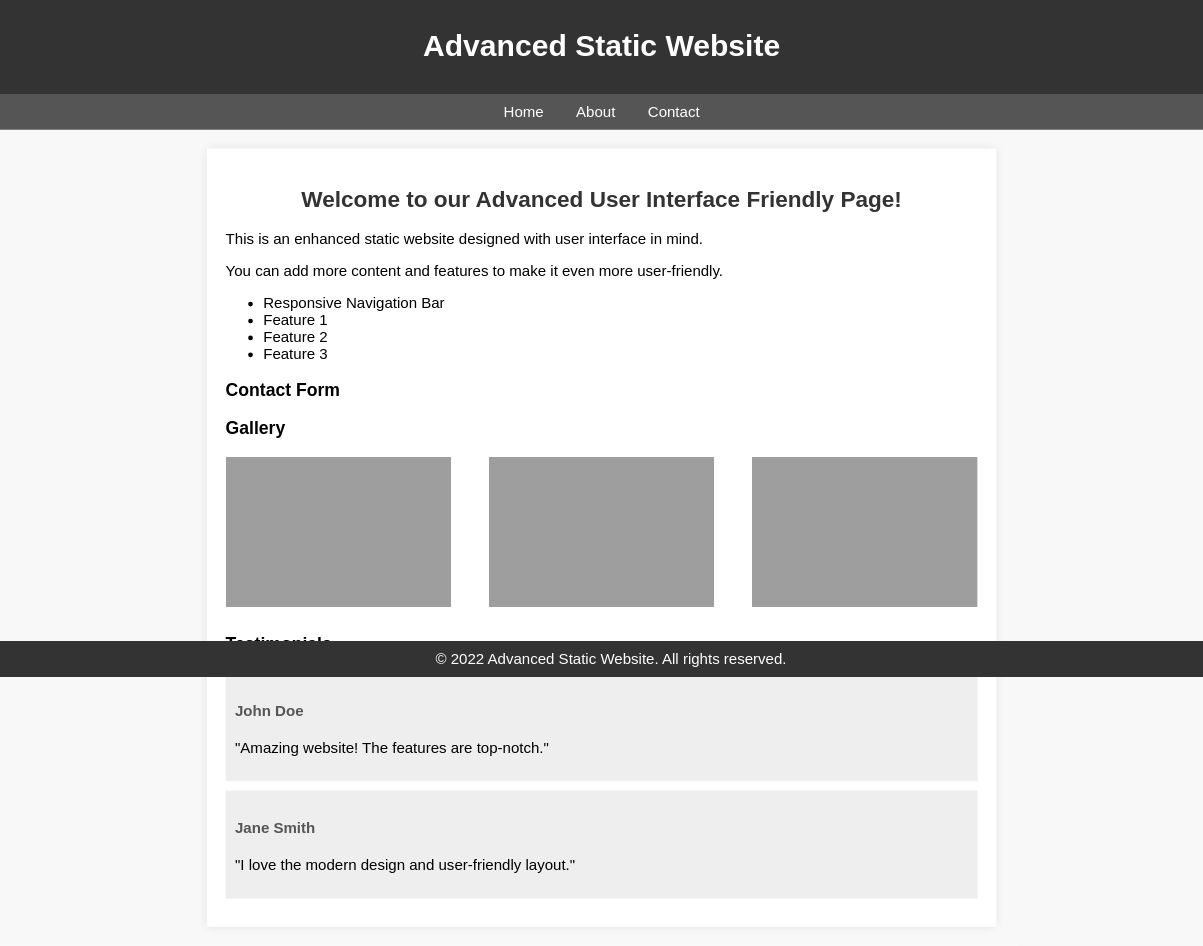
Repository: sahildhargave/static-web-go
Page: static-web/index.html
These files come from the project's save history. The page is drawn as it stood at one moment and after the next save; the edit follows.
The browser window is 1280 px wide. The pictures show the whole page, at 94% of full size.
Pictures or frames that could not be fetched are drawn as grey boxes.

Above is the page before, as saved 2024-02-17 03:15:45.

### static-web/index.html
<!DOCTYPE html>
<html lang="en">

<head>
    <meta charset="UTF-8">
    <meta name="viewport" content="width=device-width, initial-scale=1.0">
    <title>Advanced Static Website</title>
    <style>
        body {
            font-family: Arial, sans-serif;
            background-color: #f8f8f8;
            margin: 0;
            padding: 0;
            box-sizing: border-box;
        }

        header {
            background-color: #333;
            color: white;
            padding: 10px;
            text-align: center;
        }

        nav {
            background-color: #555;
            padding: 10px;
            text-align: center;
        }

        nav a {
            color: white;
            text-decoration: none;
            margin: 0 15px;
        }

        h2 {
            color: #333;
            text-align: center;
        }

        section {
            max-width: 800px;
            margin: 20px auto;
            padding: 20px;
            background-color: white;
            box-shadow: 0 0 10px rgba(0, 0, 0, 0.1);
        }

        footer {
            background-color: #333;
            color: white;
            text-align: center;
            padding: 10px;
            position: fixed;
            bottom: 0;
            width: 100%;
        }

        .gallery {
            display: flex;
            justify-content: space-between;
            flex-wrap: wrap;
        }

        .gallery img {
            width: 30%;
            margin-bottom: 10px;
        }

        .testimonials {
            margin-top: 20px;
        }

        .testimonial {
            background-color: #eee;
            padding: 10px;
            margin-bottom: 10px;
        }

        .testimonial h4 {
            color: #555;
        }
    </style>
</head>

<body>
    <header>
        <h1>Advanced Static Website</h1>
    </header>

    <nav>
        <a href="#home">Home</a>
        <a href="#about">About</a>
        <a href="#contact">Contact</a>
    </nav>

    <section>
        <h2>Welcome to our Advanced User Interface Friendly Page!</h2>
        <p>This is an enhanced static website designed with user interface in mind.</p>
        <p>You can add more content and features to make it even more user-friendly.</p>
        <ul>
            <li>Responsive Navigation Bar</li>
            <li>Feature 1</li>
            <li>Feature 2</li>
            <li>Feature 3</li>
        </ul>

        <h3>Contact Form</h3>


        <h3>Gallery</h3>
        <div class="gallery">
            <img src="https://picsum.photos/300/200" alt="Image 1">
            <img src="https://picsum.photos/300/200" alt="Image 2">
            <img src="https://picsum.photos/300/200" alt="Image 3">
        </div>

        <h3>Testimonials</h3>
        <div class="testimonials">
            <div class="testimonial">
                <h4>John Doe</h4>
                <p>"Amazing website! The features are top-notch."</p>
            </div>
            <div class="testimonial">
                <h4>Jane Smith</h4>
                <p>"I love the modern design and user-friendly layout."</p>
            </div>
        </div>
    </section>

    <footer>
        &copy; 2022 Advanced Static Website. All rights reserved.
    </footer>

    <script>
        // A simple JavaScript feature for interactivity
        document.addEventListener("DOMContentLoaded", function () {
            document.querySelector("h1").addEventListener("click", function () {
                alert("Website Clicked!");
            });
        });
    </script>
</body>

</html>

After the next save:
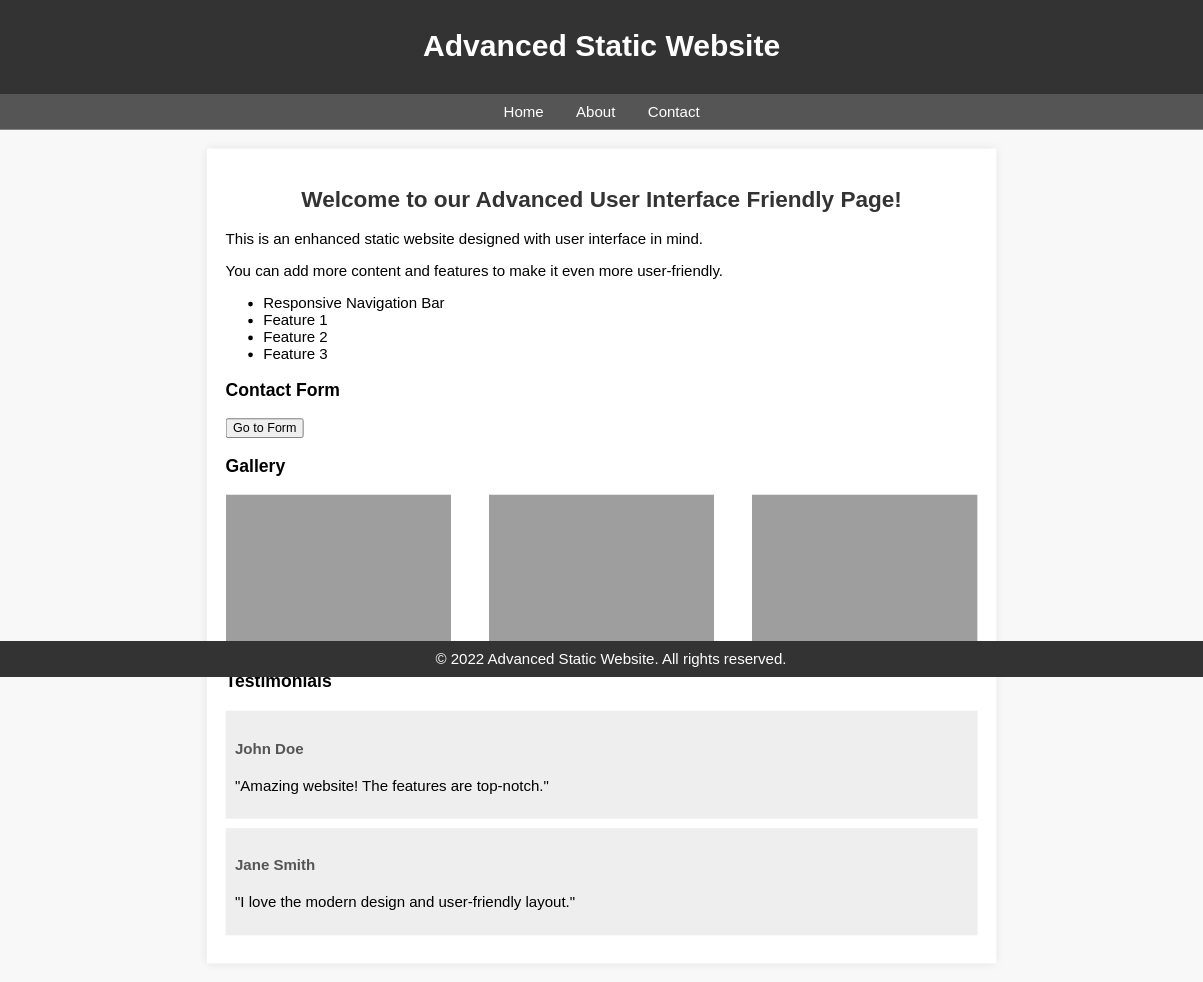
Saved 94 s later.
--- a/static-web/index.html
+++ b/static-web/index.html
@@ -106,7 +106,7 @@
         </ul>
 
         <h3>Contact Form</h3>
-
+       <button onclick="location.href='form.html';">Go to Form</button>
 
         <h3>Gallery</h3>
         <div class="gallery">
